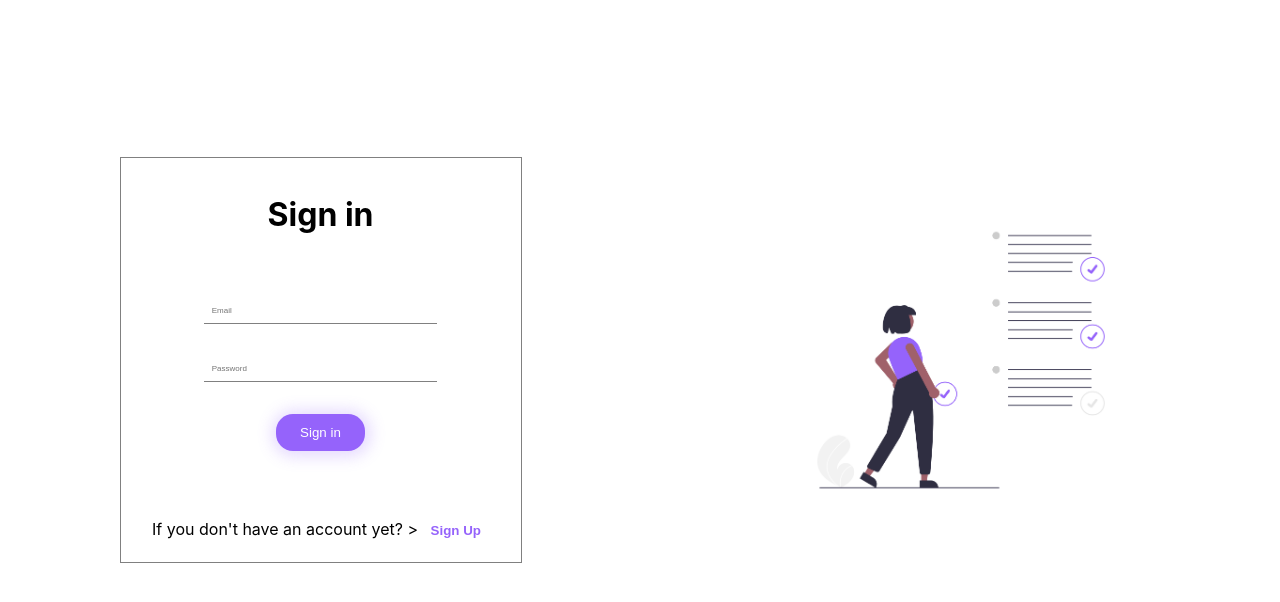
Repository: EEOOOO/wanted-pre-onboarding-fe
Page: / (app in to-do-list-app/)
These files come from the project's save history. The page is drawn as it stood at one moment and after the next save; the edit follows.
The browser window is 1280 px wide. The pictures show the whole page.
The project was rebuilt for these pictures with package versions that can differ from the ones it lists, and the page was loaded fresh each time. Also part of the build but not shown: to-do-list-app/src/components/sign_up/sign_up.module.css, to-do-list-app/src/components/sign_up/sign_up.jsx, to-do-list-app/src/components/todoList/todo_list.jsx.

Above is the page before, as saved 2022-08-22 00:43:03.

### to-do-list-app/public/index.html
<!DOCTYPE html>
<html lang="en">
  <head>
    <meta charset="utf-8" />
    <link rel="icon" href="%PUBLIC_URL%/logo.png" />
    <meta name="viewport" content="width=device-width, initial-scale=1" />
    <meta name="theme-color" content="#000000" />
    <meta
      name="description"
      content="Web site created using create-react-app"
    />
    <link rel="apple-touch-icon" href="%PUBLIC_URL%/logo.png" />
    <link rel="manifest" href="%PUBLIC_URL%/manifest.json" />
    <title>Todo List App</title>
  </head>
  <body>
    <div id="root"></div>
  </body>
</html>

### to-do-list-app/src/App.js
import style from './app.module.css';
import { Routes, Route } from 'react-router-dom'
import Login from './components/login/login';
import TodoList from './components/todoList/todo_list';

function App() {
  return <div className={style.App}>
    <Routes>
      <Route path="/" element={<Login/>}></Route>
      <Route path="todo" element={<TodoList/>}></Route>
    </Routes>
  </div>
}

export default App;

### to-do-list-app/src/components/login/login.jsx
import React, { useState } from 'react';
import SignIn from '../sign_in/sign_in';
import SignUp from '../sign_up/sign_up';
import style from '../login/login.module.css';
import loginImage from '../login/login_img.png';

const Login = (props) => {
    const goTosignUp = () => {
        setViewableScreen(<SignUp/>)
    }
    const signIn = <SignIn goToSignUp={goTosignUp}/>
    let [viewableScreen, setViewableScreen] = useState(signIn);
    return (
        <div className={style.login}>
            <div className={style.inputContainer}>{viewableScreen}</div>
            <img src={loginImage} className={style.coverImage}/>
        </div>
    )
}

export default Login;

### to-do-list-app/src/components/sign_in/sign_in.jsx
import React from 'react';
import LoginInputForm from '../login_input_form/login_input_form';
import style from '../sign_in/sign_in.module.css'

const SignIn = ({goToSignUp}) => {
    const handleSignInSubmit = (event) => {
        //event.preventDefault();
        console.log(event);
    }
    return(
        <div className={style.signIn}>
            <h1>Sign in</h1>
            <LoginInputForm handleSubmit={handleSignInSubmit} submitContent={'Sign in'}/>
            <span className={style.signUpText}>If you don't have an account yet? &gt; </span>
            <button className={style.signUpButton} onClick={goToSignUp}>Sign Up</button>
        </div>
    )
}

export default SignIn;

### to-do-list-app/src/components/login/login.module.css
.login {
  display: flex;
  height: 100vh;
  justify-content: space-around;
  align-items: center;
}
.inputContainer {
  width: 50%;
  border: 1px solid gray;
  min-width: 235px;
  max-width: 400px;
}
.coverImage {
  width: 50%;
  min-width: 235px;
  max-width: 400px;
}

### to-do-list-app/src/components/login_input_form/login_input_form.jsx
import React from 'react';
import style from '../login_input_form/login_input_form.module.css';
const LoginInputForm = ({handleSubmit, submitContent}) => {
    return (
    <form className={style.inputForm} onSubmit={handleSubmit}>
        <div className={style.email}>
            <input
            type="text"
            className={style.inputEmail}
            placeholder='Email'></input>
        </div>
        <div className={style.password}>
            <input
            type="text"
            className={style.inputPassWord}
            placeholder='Password'></input>
        </div>
        <button type="submit" className={style.submitButton}>{submitContent}</button>
    </form>
    );
};

export default LoginInputForm;

### to-do-list-app/src/components/sign_in/sign_in.module.css
.signIn {
  padding: 1rem;
}
.signUpButton {
  background-color: transparent;
  border: none;
  padding: 0.5rem;
  color: rgb(149, 99, 251);
  font-weight: 600;
}

### to-do-list-app/src/components/login_input_form/login_input_form.module.css
.inputForm {
  margin: 3rem;
}
.email,
.password {
  display: flex;
  flex-direction: column;
  align-items: center;
}
input {
  width: 80%;
  font-size: 0.5rem;
  padding: 0.5rem;
  margin: 1rem;
  border: none;
  border-bottom: 0.5px solid gray;
}
.submitButton {
  background-color: rgb(149, 99, 251);
  color: white;
  border: none;
  padding: 0.7rem 1.5rem;
  border-radius: 17px;
  margin: 1rem;
  -webkit-box-shadow: 1px 1px 15px 5px rgba(149, 99, 251, 0.23);
  box-shadow: 1px 1px 15px 5px rgba(149, 99, 251, 0.23);
  cursor: pointer;
  transition: transform 200ms ease-in;
}
.submitButton:hover {
  transform: scale(1.05);
}

Loaded but not shown: to-do-list-app/src/index.js (common file); to-do-list-app/src/index.css (common file); to-do-list-app/src/reportWebVitals.js (common file); to-do-list-app/src/app.module.css (common file)

After the next save:
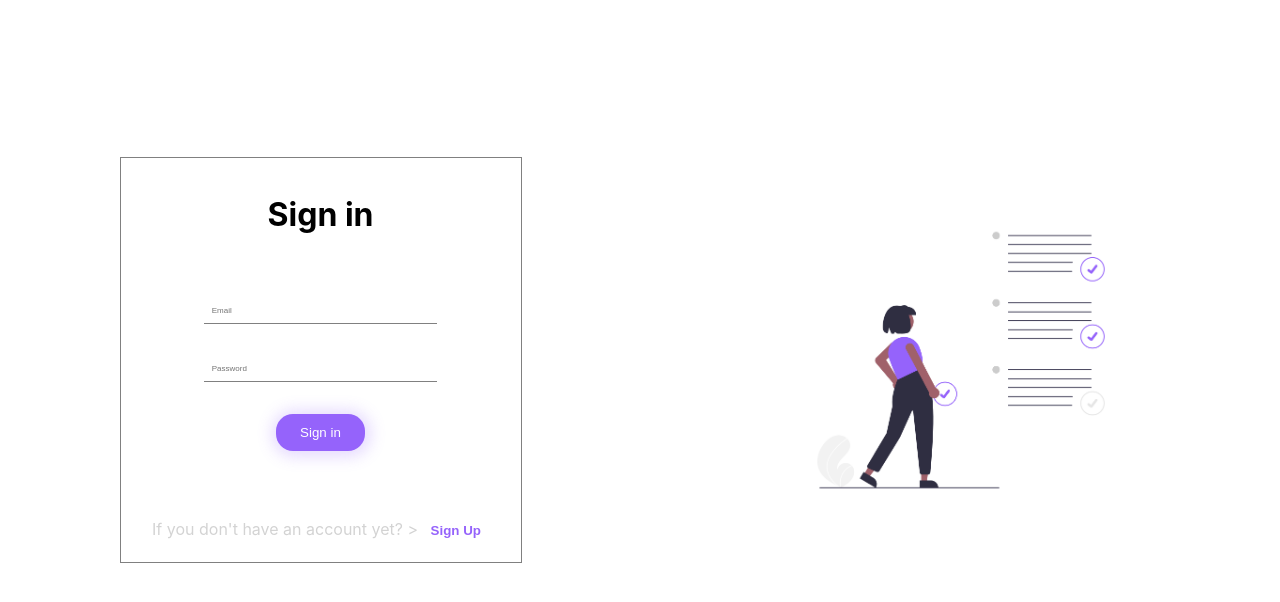
Saved 12 s later.
--- a/to-do-list-app/src/components/sign_in/sign_in.module.css
+++ b/to-do-list-app/src/components/sign_in/sign_in.module.css
@@ -1,5 +1,8 @@
 .signIn {
   padding: 1rem;
+}
+.signUpText {
+  color: lightGrey;
 }
 .signUpButton {
   background-color: transparent;
